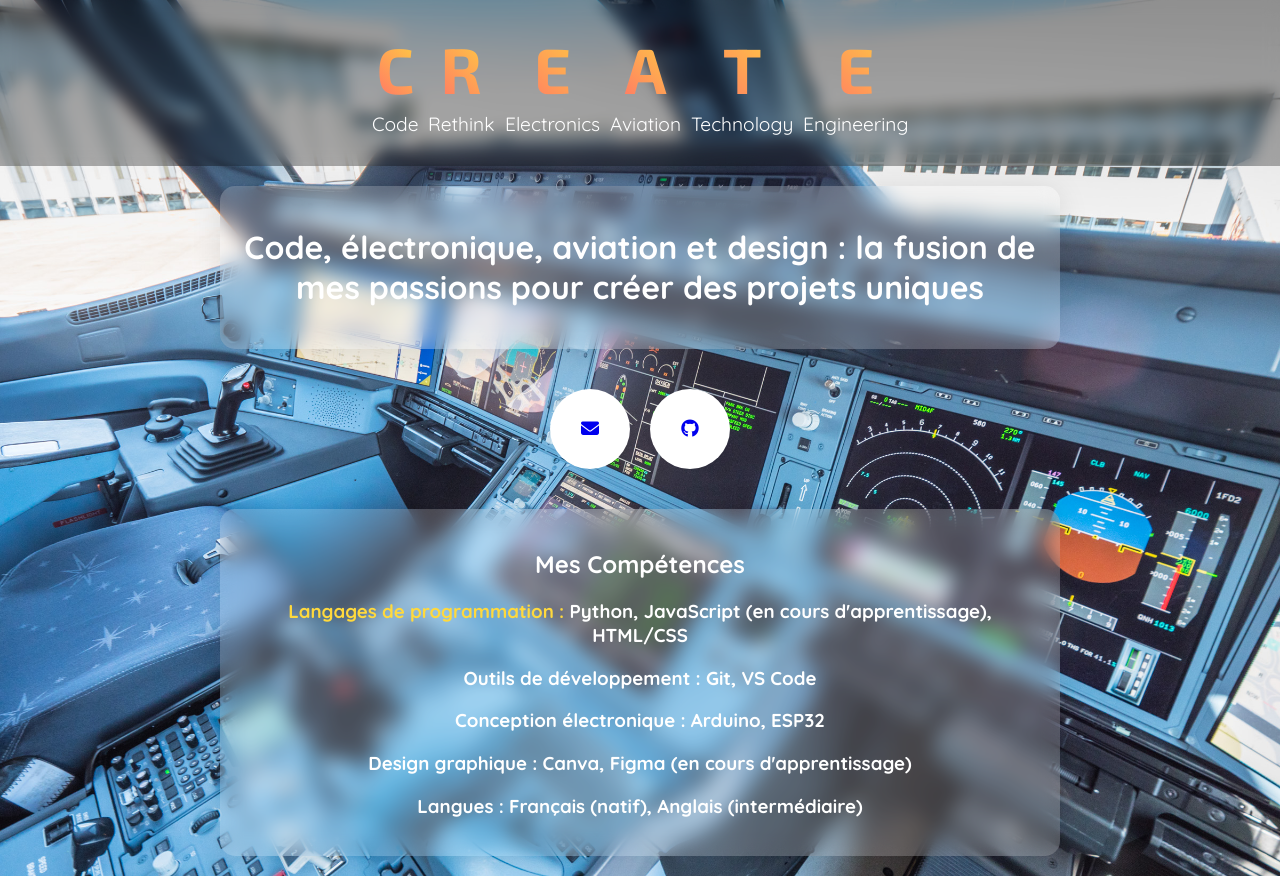
Repository: nlagardere/myportfolio
Page: index.html
The author's editor kept a copy of each file at every save. The page is drawn from the files as they stood at one save, then again after the next save.
The browser window is 1280 px wide. The pictures show the whole page.

Above is the page before, as saved 2025-09-06 10:11:20.

### index.html
<!DOCTYPE html>
<html lang="fr">
<head>
  <meta charset="UTF-8">
  <meta name="viewport" content="width=device-width, initial-scale=1.0">
  <title>Portfolio</title>

  <!-- Google Fonts -->
  <link href="https://fonts.googleapis.com/css2?family=Exo+2:wght@400;700&family=Quicksand:wght@400;700&display=swap" rel="stylesheet">
  <!-- Font Awesome -->
  <link rel="stylesheet" href="https://cdnjs.cloudflare.com/ajax/libs/font-awesome/6.5.0/css/all.min.css">

  <style>
    /* ========== BODY & LAYOUT ========== */
    body {
      font-family: 'Quicksand', sans-serif;
      margin: 0;
      padding: 0;
      min-height: 100vh;
      display: flex;
      flex-direction: column;       /* empile header, contenu, footer verticalement */
      justify-content: space-between; /* espace entre header/contenu et footer */
      background: url('a350.jpg') no-repeat center center;
      background-size: cover;
      color: #333;
    }

    header {
      text-align: center;
      padding: 30px 20px;
      background: rgba(0,0,0,0.3);
      backdrop-filter: blur(8px);
      color: white;
    }

    .glasscard {
      background: rgba(255, 255, 255, 0.2);
      border-radius: 15px;
      padding: 20px;
      margin: 20px auto;
      max-width: 800px;
      backdrop-filter: blur(10px);
      box-shadow: 0 4px 30px rgba(0, 0, 0, 0.1);
      color: white;
      text-align: center;
      animation: zoomPop 1s ease forwards;
    }

    /* ========== ACRONYM ========== */
    .acronym-container {
      display: flex;
      justify-content: center;
      gap: 10px;
      flex-wrap: wrap;
      perspective: 1000px;
    }

    .letter-block {
      flex: none;
      text-align: center;
      opacity: 0;
      transform: scale(0.1) translateZ(-800px);
      animation: zoomPop 0.8s cubic-bezier(0.25, 1.5, 0.5, 1) forwards;
    }

    .letter-block:nth-child(1) { animation-delay: 0s; }
    .letter-block:nth-child(2) { animation-delay: 0.1s; }
    .letter-block:nth-child(3) { animation-delay: 0.2s; }
    .letter-block:nth-child(4) { animation-delay: 0.3s; }
    .letter-block:nth-child(5) { animation-delay: 0.4s; }
    .letter-block:nth-child(6) { animation-delay: 0.5s; }

    .letter-block .letter {
      font-size: 4em;
      font-weight: bold;
      font-family: 'Exo 2', sans-serif;
      background: linear-gradient(45deg, #FF6B6B, #FFD93D);
      -webkit-background-clip: text;
      -webkit-text-fill-color: transparent;
      transition: filter 0.2s;
    }

    .letter-block .letter:hover {
      filter: brightness(1.2);
    }

    .letter-block .desc {
      font-size: 1.2em;
      margin-top: 5px;
    }

    @keyframes zoomPop {
      0% { opacity: 0; transform: scale(0.1) translateZ(-800px); }
      60% { opacity: 1; transform: scale(1.2) translateZ(50px); }
      80% { transform: scale(0.95) translateZ(0); }
      100% { opacity: 1; transform: scale(1) translateZ(0); }
    }

    /* ========== SOCIAL ICONS ========== */
    .wrapper {
      display: inline-flex;
      justify-content: center;
      list-style: none;
      padding: 20px 0;
      margin: 0 auto;
    }

    .wrapper .icon {
      position: relative;
      background: #ffffff;
      border-radius: 50%;
      padding: 15px;
      margin: 0 10px;
      width: 50px;
      height: 50px;
      font-size: 18px;
      display: flex;
      justify-content: center;
      align-items: center;
      cursor: pointer;
      transition: all 0.2s cubic-bezier(0.68, -0.55, 0.265, 1.55);
    }

    /* Tooltip */
    .wrapper .tooltip {
      position: absolute;
      bottom: 100%;           /* au-dessus de l’icône */
      left: 50%;
      transform: translateX(-50%) translateY(-10px);
      font-size: 14px;
      background: #333;
      color: #fff;
      padding: 5px 8px;
      border-radius: 5px;
      box-shadow: 0 4px 10px rgba(0,0,0,0.2);
      opacity: 0;
      pointer-events: none;
      white-space: nowrap;
      transition: all 0.3s cubic-bezier(0.68, -0.55, 0.265, 1.55);
      z-index: 10;
    }

    .wrapper .tooltip::before {
      content: "";
      position: absolute;
      top: 100%;              /* triangle sous le tooltip */
      left: 50%;
      transform: translateX(-50%) rotate(45deg);
      width: 8px;
      height: 8px;
      background: #333;
    }

    .wrapper .icon:hover .tooltip {
      opacity: 1;
      pointer-events: auto;
      transform: translateX(-50%) translateY(-15px);
    }

    /* Hover colors */
    .wrapper .mail:hover,
    .wrapper .mail:hover .tooltip,
    .wrapper .mail:hover .tooltip::before {
      background: #00CED1;
      color: #ffffff;
    }

    .wrapper .github:hover,
    .wrapper .github:hover .tooltip,
    .wrapper .github:hover .tooltip::before {
      background: #333333;
      color: #ffffff;
    }

    .compétences{
      text-align: center;
      background: rgba(255, 255, 255, 0.2);
      border-radius: 15px;
      padding: 20px;
      margin: 20px auto;
      max-width: 800px;
      backdrop-filter: blur(10px);
      box-shadow: 0 4px 30px rgba(0, 0, 0, 0.1);
      color: white;
      text-align: center;
      animation: zoomPop 1s ease forwards;
    }

    .highlight {
      color: #FFD93D;

    }

    /* Responsive letters */
    @media (max-width: 600px) {
      .letter-block .letter {
        font-size: 2.5em;
      }
    }
  </style>
</head>

<body>
  <header>
    <div class="acronym-container">
      <div class="letter-block">
        <div class="letter">C</div>
        <div class="desc">Code</div>
      </div>
      <div class="letter-block">
        <div class="letter">R</div>
        <div class="desc">Rethink</div>
      </div>
      <div class="letter-block">
        <div class="letter">E</div>
        <div class="desc">Electronics</div>
      </div>
      <div class="letter-block">
        <div class="letter">A</div>
        <div class="desc">Aviation</div>
      </div>
      <div class="letter-block">
        <div class="letter">T</div>
        <div class="desc">Technology</div>
      </div>
      <div class="letter-block">
        <div class="letter">E</div>
        <div class="desc">Engineering</div>
      </div>
    </div>
  </header>

  <div class="glasscard">
    <h1>Code, électronique, aviation et design : la fusion de mes passions pour créer des projets uniques</h1>
  </div>

  <ul class="wrapper">
    <li class="icon mail">
      <a href="mailto:nathan.lagardere@gmail.com" target="_blank">
        <span class="tooltip">Mail</span>
        <i class="fas fa-envelope"></i>
      </a>
    </li>

    <li class="icon github">
      <a href="https://github.com/nlagardere" target="_blank">
        <span class="tooltip">Github</span>
        <i class="fab fa-github"></i>
      </a>
    </li>
  </ul>

  <div class="compétences">
    <h2>Mes Compétences</h2>

      <h3><span class="highlight">Langages de programmation :</span> Python, JavaScript (en cours d'apprentissage), HTML/CSS</h3>
      <h3>Outils de développement : Git, VS Code</h3>
      <h3>Conception électronique : Arduino, ESP32</h3>
      <h3>Design graphique : Canva, Figma (en cours d'apprentissage)</h3>
      <h3>Langues : Français (natif), Anglais (intermédiaire)</h3>

  </div>

</body>
</html>

After the next save:
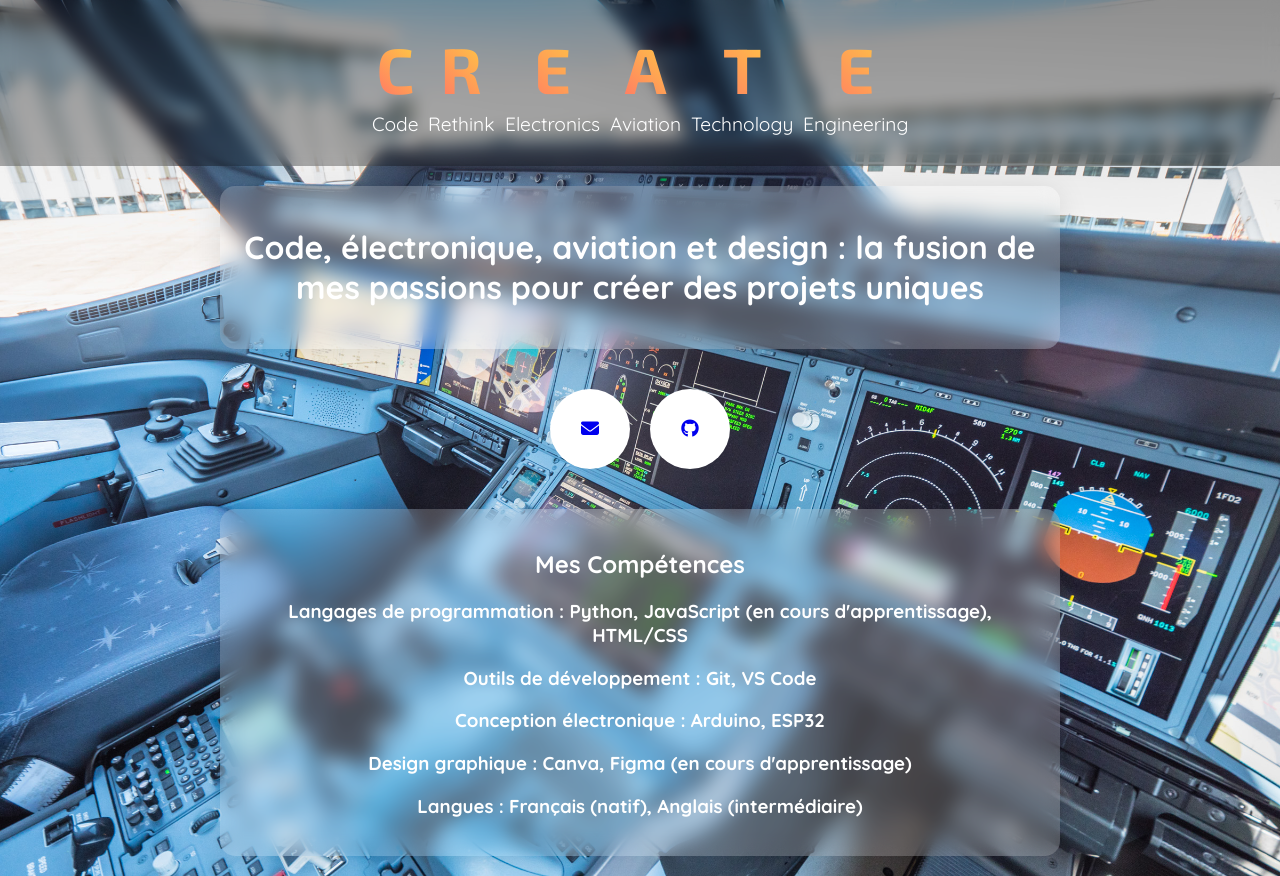
Saved 7 s later.
--- a/index.html
+++ b/index.html
@@ -253,7 +253,7 @@
   <div class="compétences">
     <h2>Mes Compétences</h2>
 
-      <h3><span class="highlight">Langages de programmation :</span> Python, JavaScript (en cours d'apprentissage), HTML/CSS</h3>
+      <h3>Langages de programmation :</span> Python, JavaScript (en cours d'apprentissage), HTML/CSS</h3>
       <h3>Outils de développement : Git, VS Code</h3>
       <h3>Conception électronique : Arduino, ESP32</h3>
       <h3>Design graphique : Canva, Figma (en cours d'apprentissage)</h3>
